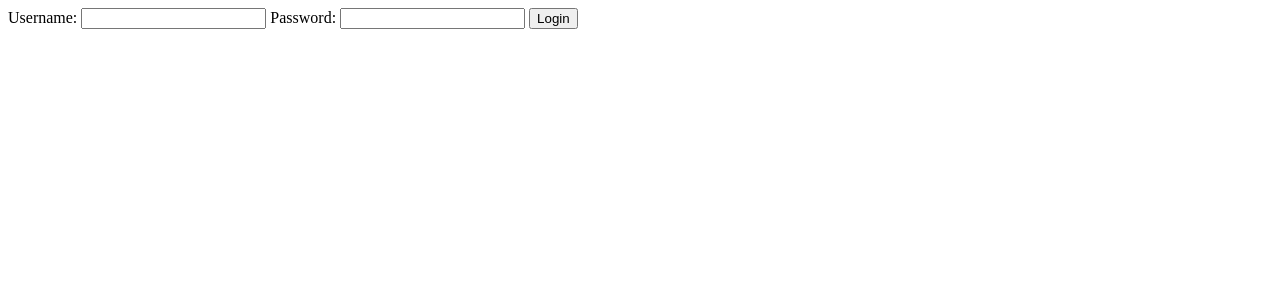
Repository: thegr8khan/webproject1
Page: http://localhost/amazon/
The author's editor kept a copy of each file at every save. The page is drawn from the files as they stood at one save, then again after the next save.
The browser window is 1280 px wide. The pictures show the whole page.
The page is served by Tomcat 9.

Above is the page before, as saved 2023-03-24 01:48:10.

After the next save:
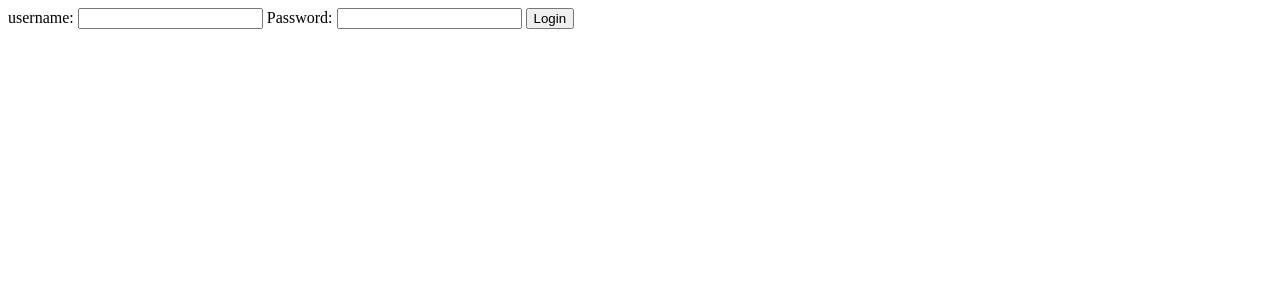
Saved 2 min 26 s later.
--- a/WebProgramming/amazon/src/main/webapp/login.jsp
+++ b/WebProgramming/amazon/src/main/webapp/login.jsp
@@ -22,7 +22,7 @@ if(loginError != null){
 <form action="/amazon/cs" method="post">
 
 
-Username: <input type= "text" name="username"/>
+username: <input type= "text" name="username"/>
 Password: <input type= "password" name="password"/>
 
 <input type="submit" name="action" value="Login"/>
